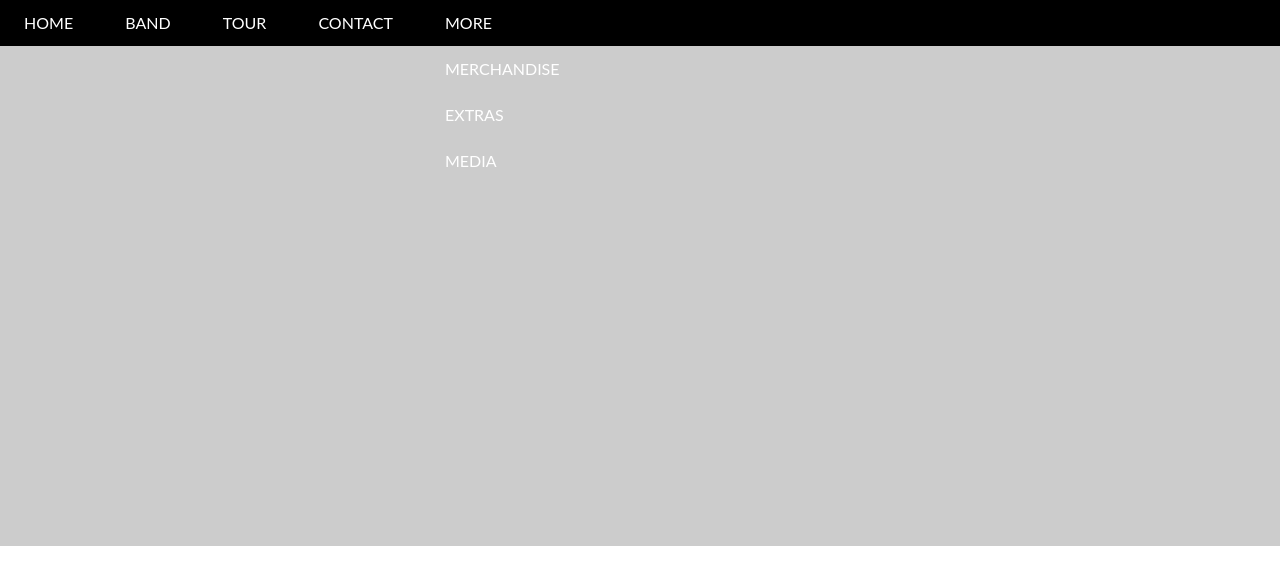
Repository: tatvanhco/web-dau-tay
Page: index.html
The author's editor kept a copy of each file at every save. The page is drawn from the files as they stood at one save, then again after the next save.
The browser window is 1280 px wide. The pictures show the whole page.
The pointer rests on the first visible `#nav li`.

Above is the page before, as saved 2022-01-23 16:33:13.

After the next save:
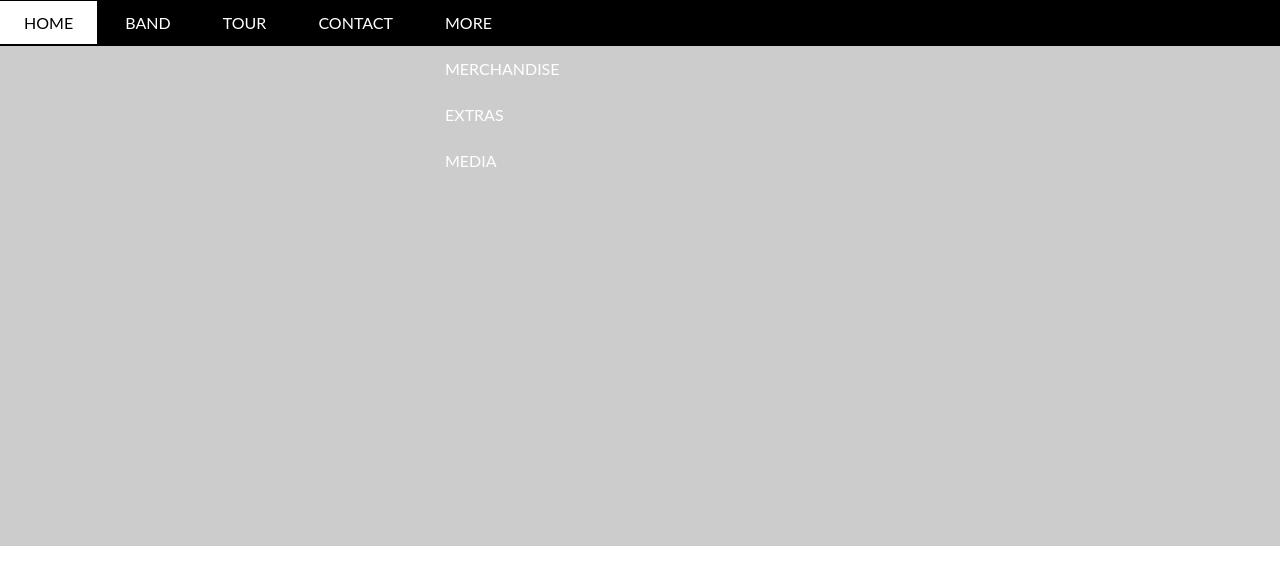
Saved 2 min 53 s later.
--- a/assets/css/style.css
+++ b/assets/css/style.css
@@ -27,6 +27,11 @@ body {
     text-transform: uppercase;
 }
 
+#nav li:hover a {
+    background-color: #fff;
+    color: #000;
+}
+
 #nav .subnav {
     /* display: none; */
     position: absolute;
